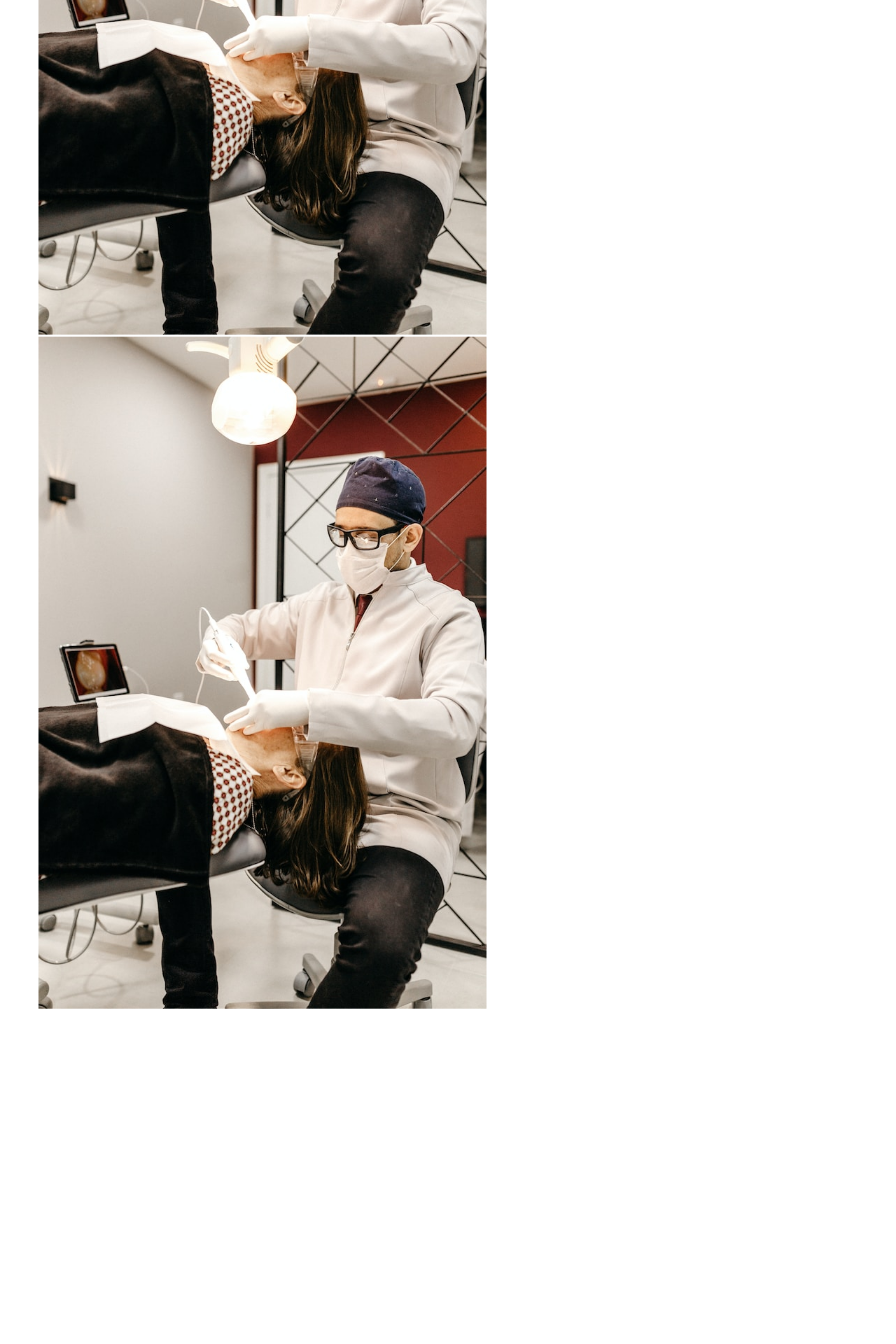
Repository: dongnguyen2112/htmlcss-project-03
Page: index.html
The author's editor kept a copy of each file at every save. The page is drawn from the files as they stood at one save, then again after the next save.
The browser window is 1280 px wide. The pictures show the part of the page from y = 3140 to 5060 px (the page is 5720 px tall), at 70% of full size.

Above is the page before, as saved 2023-08-02 20:34:11.

After the next save:
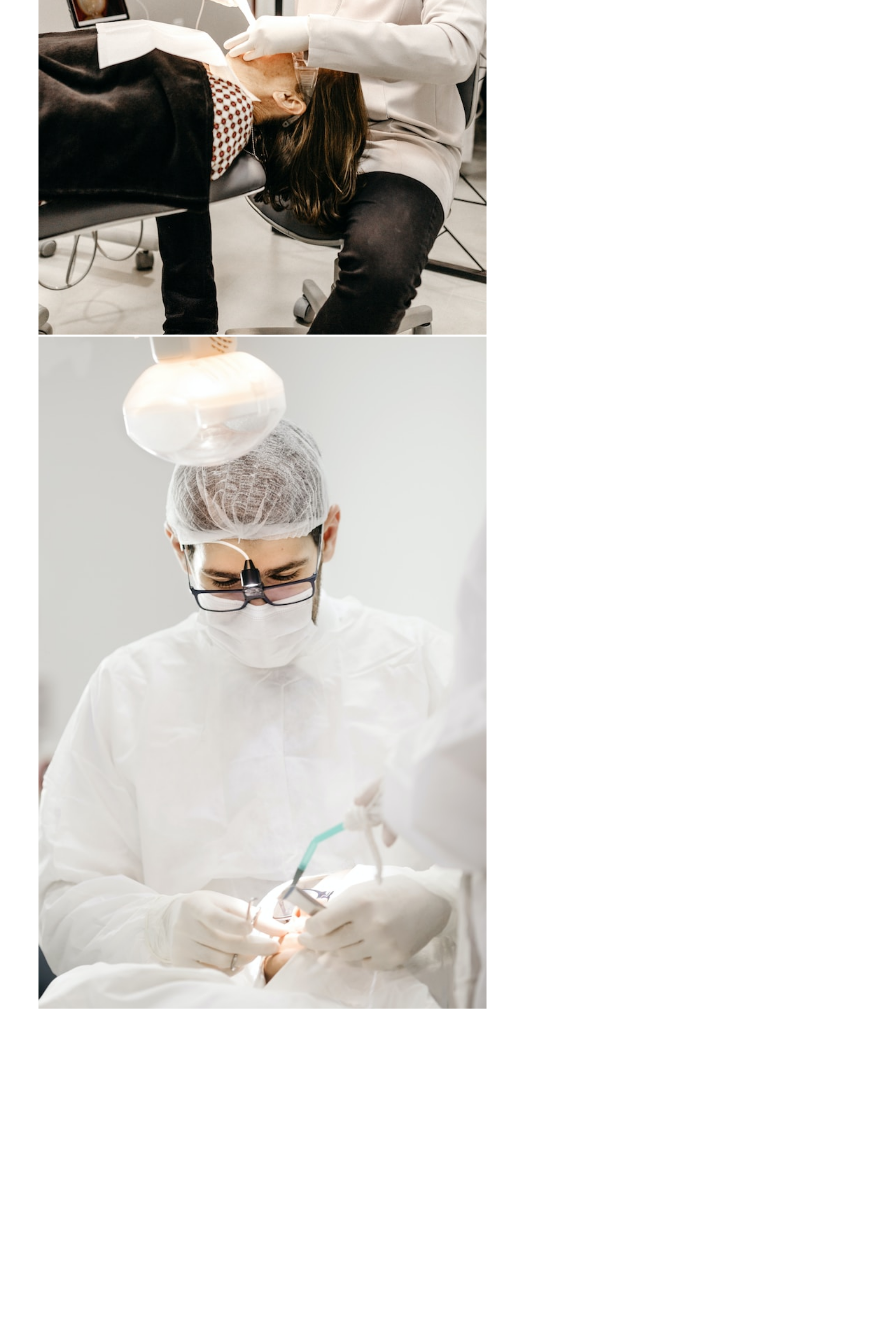
Saved 4 s later.
--- a/index.html
+++ b/index.html
@@ -315,7 +315,7 @@
                 <div class="container">
                     <div class="feature__media">
                         <img src="./assets/img/feature__1.jpg" alt="" class="feature__media">
-                        <img src="./assets/img/feature__1.jpg" alt="" class="feature__media">
+                        <img src="./assets/img/feature__2.jpg" alt="" class="feature__media">
                     </div>
                 </div>
             </div>
